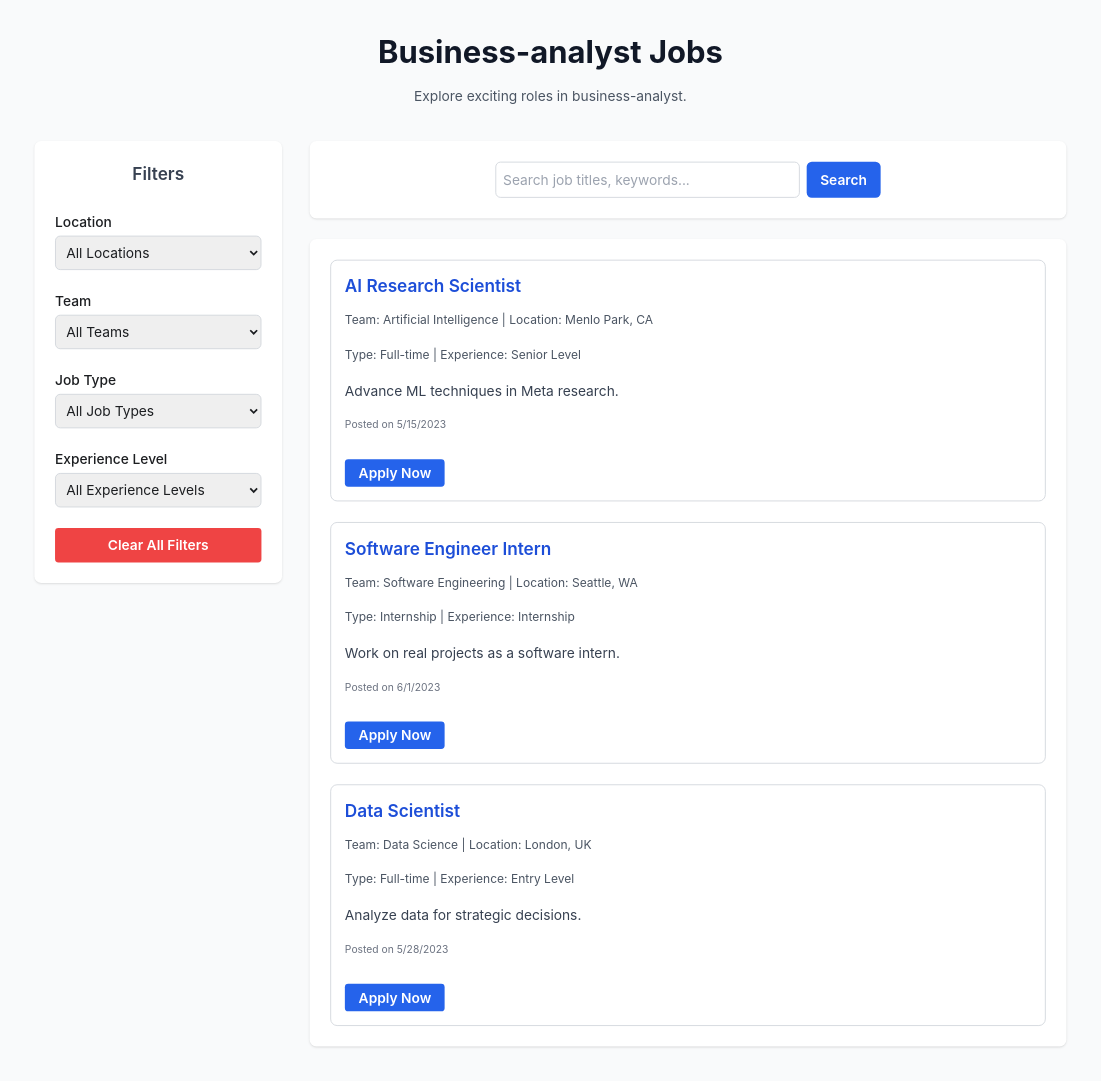
Repository: Siddharthkothiyal/GharPadhaaroCareerWebsite
Page: /jobs/business-analyst
These files come from the project's save history. The page is drawn as it stood at one moment and after the next save; the edit follows.
The browser window is 1280 px wide. The pictures show the whole page, at 86% of full size.
The project was rebuilt for these pictures with package versions that can differ from the ones it lists, and the page was loaded fresh each time. Also part of the build but not shown: src/components/CareerPortal/Header.css, src/components/CareerPortal/ResumeUpload.css, src/components/CareerPortal/ResumeUpload.js, src/components/CareerPortal/Header.js, src/components/CareerPortal/JobListing/JobSearch.css, src/components/CareerPortal/JobListing/JobSearch.js, src/components/CareerPortal/JobListing/JobFilters.css, src/components/CareerPortal/JobListing/JobFilters.js and 10 more.

Above is the page before, as saved 2025-06-20 19:07:22.

After the next save:
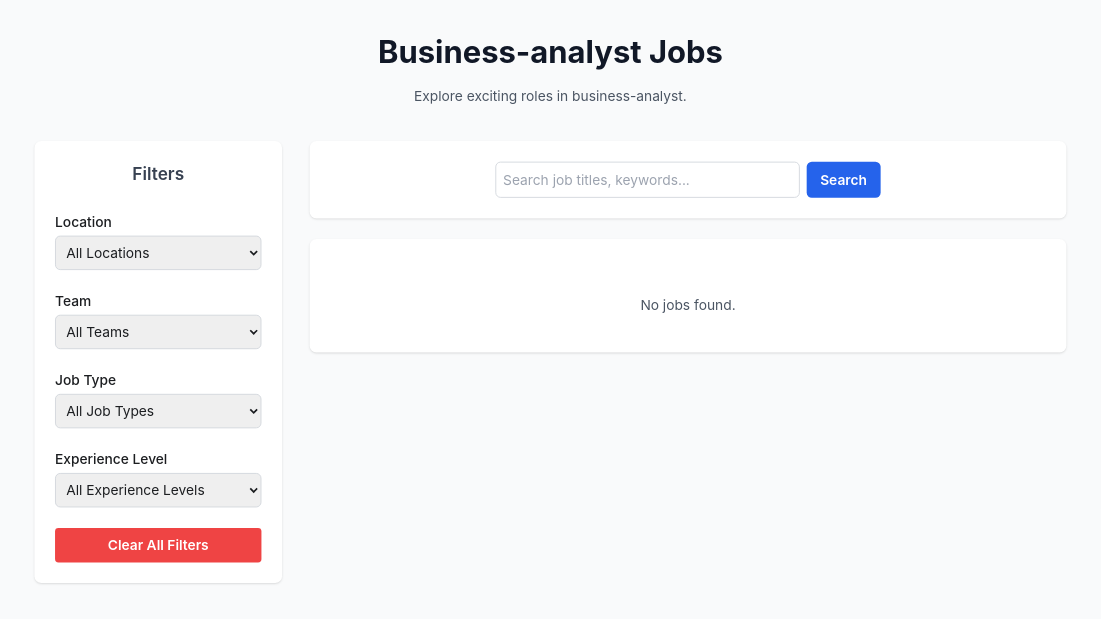
Saved 8 min 17 s later.
--- a/src/components/CareerPortal/JobListing/JobCategory.js
+++ b/src/components/CareerPortal/JobListing/JobCategory.js
@@ -12,7 +12,6 @@ const JobFilter = ({ filters, onFilterChange }) => {
     <div className="space-y-6 sticky top-6">
       <h2 className="text-xl font-semibold text-gray-700">Filters</h2>
 
-      {/* Location */}
       <div>
         <label className="block font-medium mb-1">Location</label>
         <select
@@ -27,7 +26,6 @@ const JobFilter = ({ filters, onFilterChange }) => {
         </select>
       </div>
 
-      {/* Team */}
       <div>
         <label className="block font-medium mb-1">Team</label>
         <select
@@ -42,7 +40,6 @@ const JobFilter = ({ filters, onFilterChange }) => {
         </select>
       </div>
 
-      {/* Job Type */}
       <div>
         <label className="block font-medium mb-1">Job Type</label>
         <select
@@ -57,7 +54,6 @@ const JobFilter = ({ filters, onFilterChange }) => {
         </select>
       </div>
 
-      {/* Experience */}
       <div>
         <label className="block font-medium mb-1">Experience Level</label>
         <select
@@ -89,21 +85,20 @@ const JobFilter = ({ filters, onFilterChange }) => {
 
 // Search Component
 const JobSearch = ({ onSearch }) => {
-  const [query, setQuery] = React.useState("");
+  const [query, setQuery] = useState("");
   const handleSubmit = (e) => {
     e.preventDefault();
     onSearch(query.trim());
   };
 
   return (
-    <form onSubmit={handleSubmit} className="flex space-x-2 max-w-md mx-auto" role="search">
+    <form onSubmit={handleSubmit} className="flex space-x-2 max-w-md mx-auto">
       <input
         type="text"
         placeholder="Search job titles, keywords..."
         value={query}
         onChange={(e) => setQuery(e.target.value)}
-        className="flex-grow border border-gray-300 rounded-md p-2 focus:outline-none focus:ring-2 focus:ring-blue-400"
-        aria-label="Search jobs"
+        className="flex-grow border border-gray-300 rounded-md p-2"
       />
       <button type="submit" className="bg-blue-600 hover:bg-blue-700 text-white px-4 rounded-md font-semibold">
         Search
@@ -113,20 +108,24 @@ const JobSearch = ({ onSearch }) => {
 };
 
 // Listings Component
-const JobListings = ({ filters, searchQuery }) => {
+const JobListings = ({ filters, searchQuery, category }) => {
   const jobs = [
-    { id: 1, title: "AI Research Scientist", team: "Artificial Intelligence", location: "Menlo Park, CA", jobType: "Full-time", experience: "Senior Level", description: "Advance ML techniques in Meta research.", datePosted: "2023-05-15" },
-    { id: 2, title: "Software Engineer Intern", team: "Software Engineering", location: "Seattle, WA", jobType: "Internship", experience: "Internship", description: "Work on real projects as a software intern.", datePosted: "2023-06-01" },
-    { id: 3, title: "Data Scientist", team: "Data Science", location: "London, UK", jobType: "Full-time", experience: "Entry Level", description: "Analyze data for strategic decisions.", datePosted: "2023-05-28" },
+    { id: 1, title: "AI Research Scientist", team: "Artificial Intelligence", location: "Menlo Park, CA", jobType: "Full-time", experience: "Senior Level", description: "Advance ML techniques in Meta research.", datePosted: "2023-05-15", category: "engineering" },
+    { id: 2, title: "Software Engineer Intern", team: "Software Engineering", location: "Seattle, WA", jobType: "Internship", experience: "Internship", description: "Work on real projects as a software intern.", datePosted: "2023-06-01", category: "engineering" },
+    { id: 3, title: "Data Scientist", team: "Data Science", location: "London, UK", jobType: "Full-time", experience: "Entry Level", description: "Analyze data for strategic decisions.", datePosted: "2023-05-28", category: "engineering" },
+    { id: 4, title: "UX Designer", team: "Design", location: "New York, NY", jobType: "Full-time", experience: "Mid Level", description: "Create UI/UX experiences.", datePosted: "2023-05-20", category: "design" },
+    { id: 5, title: "Product Manager", team: "Product Management", location: "Remote", jobType: "Full-time", experience: "Senior Level", description: "Drive product development.", datePosted: "2023-05-25", category: "product" },
   ];
 
   const filteredJobs = jobs.filter((job) => {
+    const matchesCategory = !category || job.category?.toLowerCase() === category.toLowerCase();
     const matchesSearch =
       searchQuery === "" ||
       job.title.toLowerCase().includes(searchQuery.toLowerCase()) ||
       job.description.toLowerCase().includes(searchQuery.toLowerCase());
 
     return (
+      matchesCategory &&
       matchesSearch &&
       (filters.location === "" || job.location === filters.location) &&
       (filters.team === "" || job.team === filters.team) &&
@@ -141,14 +140,8 @@ const JobListings = ({ filters, searchQuery }) => {
   return (
     <div className="space-y-6">
       {filteredJobs.map((job) => (
-        <article
-          key={job.id}
-          className="border border-gray-300 rounded-lg p-4 hover:shadow-lg transition"
-          aria-labelledby={`job-title-${job.id}`}
-        >
-          <h3 id={`job-title-${job.id}`} className="text-xl font-semibold text-blue-700">
-            {job.title}
-          </h3>
+        <article key={job.id} className="border border-gray-300 rounded-lg p-4 hover:shadow-lg transition">
+          <h3 className="text-xl font-semibold text-blue-700">{job.title}</h3>
           <p className="text-sm text-gray-600">
             Team: {job.team} | Location: {job.location}
           </p>
@@ -185,7 +178,6 @@ const JobCategory = () => {
   return (
     <div className="min-h-screen bg-gray-50 py-10 px-4">
       <div className="max-w-[1200px] mx-auto">
-        {/* Header */}
         <header className="text-center mb-10">
           <h1 className="text-4xl font-bold text-gray-900">
             {category.charAt(0).toUpperCase() + category.slice(1)} Jobs
@@ -193,24 +185,18 @@ const JobCategory = () => {
           <p className="text-gray-600 mt-2">Explore exciting roles in {category.toLowerCase()}.</p>
         </header>
 
-        {/* Layout: Sidebar + Main Content */}
         <div className="flex flex-col lg:flex-row gap-8">
-          {/* Sidebar (Filters) */}
-          <aside
-            className="w-full lg:w-72 bg-white rounded-lg shadow p-6 sticky top-6 self-start h-fit max-h-[80vh] overflow-y-auto"
-            aria-label="Job filters"
-          >
+          <aside className="w-full lg:w-72 bg-white rounded-lg shadow p-6 sticky top-6 self-start h-fit max-h-[80vh] overflow-y-auto">
             <JobFilter filters={filters} onFilterChange={handleFilterChange} />
           </aside>
 
-          {/* Main Content (Search + Listings) */}
           <main className="flex-1 space-y-6">
-            <section className="bg-white rounded-lg shadow p-6 max-w-full" aria-label="Job search">
+            <section className="bg-white rounded-lg shadow p-6 max-w-full">
               <JobSearch onSearch={setSearchQuery} />
             </section>
 
-            <section className="bg-white rounded-lg shadow p-6" aria-live="polite" aria-atomic="true">
-              <JobListings filters={filters} searchQuery={searchQuery} />
+            <section className="bg-white rounded-lg shadow p-6">
+              <JobListings filters={filters} searchQuery={searchQuery} category={category} />
             </section>
           </main>
         </div>
